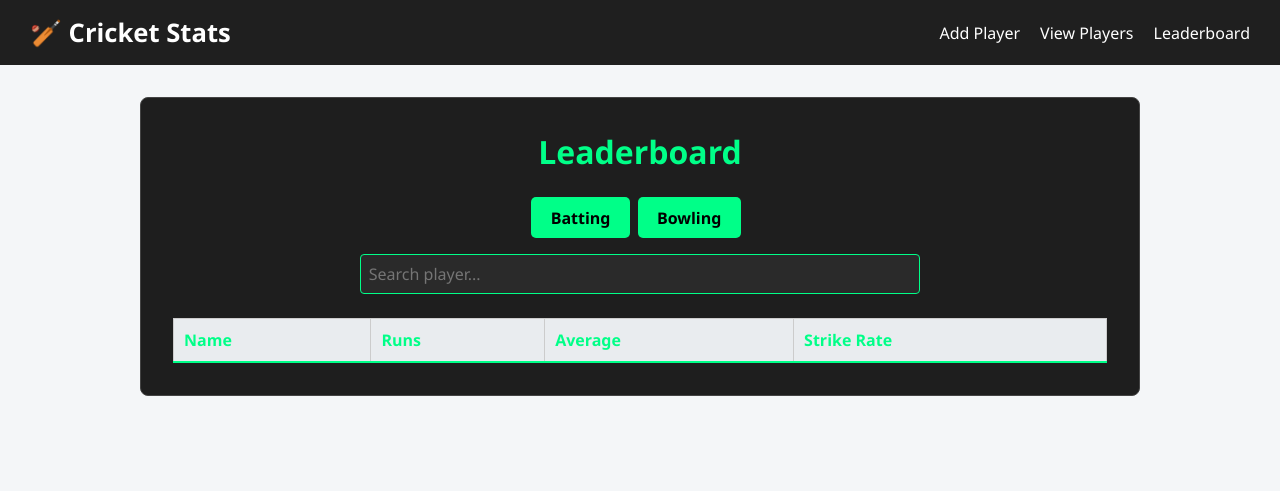
Repository: DanTastic-Dev/HCL
Page: /leaderboard (app in cricket-app/)
An editor plug-in stored every save of this project. The page is shown before and after the next save, followed by the edit.
The browser window is 1280 px wide. The pictures show the whole page.
The page's requests for data from a server got no answer. The project was rebuilt for these pictures with package versions that can differ from the ones it lists, and the page was loaded fresh each time. No one was signed in, and anything a server would have sent is missing. Also part of the build but not shown: cricket-app/src/components/TopPerformers.jsx, cricket-app/src/components/MiniLeaderboards.jsx, cricket-app/src/pages/HomePage.jsx, cricket-app/src/components/PlayerForm.jsx, cricket-app/src/components/PlayerTable.jsx, cricket-app/src/pages/AddPlayerPage.jsx, cricket-app/src/components/PlayerCard.jsx, cricket-app/src/pages/ViewPlayersPage.jsx.

Above is the page before, as saved 2025-06-18 02:00:25.

### cricket-app/public/index.html
<!DOCTYPE html>
<html lang="en">
  <head>
    <meta charset="UTF-8" />
    <meta name="viewport" content="width=device-width, initial-scale=1.0"/>
    <title>Cricket Stats App</title>
  </head>
  <body>
    <div id="root"></div>
  </body>
</html>

### cricket-app/src/index.js
import React from 'react';
import ReactDOM from 'react-dom/client';
import AppWithAnimation from './AppWithAnimation';
import './index.css';

const root = ReactDOM.createRoot(document.getElementById('root'));
root.render(
    <React.StrictMode>
        <AppWithAnimation />
    </React.StrictMode>
);

### cricket-app/src/AppWithAnimation.jsx
import React, { useState } from 'react';
import App from './App';
import IntroAnimation from './components/IntroAnimation';

const AppWithAnimation = () => {
    const [showIntro, setShowIntro] = useState(true);

    return showIntro ? <IntroAnimation onComplete={() => setShowIntro(false)} /> : <App />;
};

export default AppWithAnimation;

### cricket-app/src/index.css
/* index.css */

* {
  margin: 0;
  padding: 0;
  box-sizing: border-box;
  font-family: 'Segoe UI', Tahoma, Geneva, Verdana, sans-serif;
}

body {
  background-color: #f4f6f8;
  color: #333;
}

button {
  cursor: pointer;
  background-color: #007bff;
  border: none;
  color: white;
  padding: 8px 14px;
  border-radius: 4px;
  transition: background-color 0.2s ease;
}

button:hover {
  background-color: #0056b3;
}

input {
  padding: 8px;
  margin: 4px 0;
  border-radius: 4px;
  border: 1px solid #ccc;
  width: 100%;
}

table {
  width: 100%;
  border-collapse: collapse;
}

th, td {
  padding: 12px;
  border: 1px solid #ccc;
  text-align: left;
}

th {
  background-color: #e9ecef;
}

.container {
  max-width: 1200px;
  margin: 0 auto;
  padding: 20px;
}

### cricket-app/src/App.js
// App.jsx
import React from 'react';
import { BrowserRouter as Router, Routes, Route } from 'react-router-dom';
import Navbar from './components/Navbar';
import HomePage from './pages/HomePage';
import AddPlayerPage from './pages/AddPlayerPage';
import ViewPlayersPage from './pages/ViewPlayersPage';
import LeaderboardPage from './pages/LeaderboardPage';

function App() {
  return (
    <Router>
      <div className="min-h-screen bg-gray-100">
        <Navbar />
        <Routes>
          <Route path="/" element={<HomePage />} />
          <Route path="/add-player" element={<AddPlayerPage />} />
          <Route path="/view-players" element={<ViewPlayersPage />} />
          <Route path="/leaderboard" element={<LeaderboardPage />} />
        </Routes>
      </div>
    </Router>
  );
}

export default App;

### cricket-app/src/components/IntroAnimation.jsx
import React, { useEffect, useState } from 'react';

const IntroAnimation = ({ onComplete }) => {
    const [fade, setFade] = useState(false);

    useEffect(() => {
        const timer = setTimeout(() => {
            setFade(true);
            setTimeout(onComplete, 1000); // Wait for fade-out
        }, 2000);

        return () => clearTimeout(timer);
    }, [onComplete]);

    return (
        <div style={{
            position: 'fixed',
            top: 0, left: 0, width: '100%', height: '100%',
            background: '#000', color: '#fff',
            display: 'flex', alignItems: 'center', justifyContent: 'center',
            fontSize: '2em',
            opacity: fade ? 0 : 1,
            transition: 'opacity 1s ease-out',
            zIndex: 9999
        }}>
            Hostel Cricket League 🏏
        </div>
    );
};

export default IntroAnimation;

### cricket-app/src/components/Navbar.jsx
import React from 'react';
import { Link } from 'react-router-dom';
import './Navbar.css';

const Navbar = () => {
    return (
        <nav className="navbar">
            <div className="navbar-logo">
                <Link to="/">🏏 Cricket Stats</Link>
            </div>
            <ul className="navbar-links">
                <li><Link to="/add-player">Add Player</Link></li>
                <li><Link to="/view-players">View Players</Link></li>
                <li><Link to="/leaderboard">Leaderboard</Link></li>
            </ul>
        </nav>
    );
};

export default Navbar;

### cricket-app/src/pages/LeaderboardPage.jsx
import React, { useEffect, useState } from "react";

const LeaderboardPage = () => {
    const [players, setPlayers] = useState([]);
    const [searchQuery, setSearchQuery] = useState("");
    const [showBatting, setShowBatting] = useState(true);

    useEffect(() => {
        const fetchPlayers = async () => {
            try {
                const res = await fetch("http://localhost:5000/players");
                const data = await res.json();
                setPlayers(data);
            } catch (err) {
                console.error("Error fetching players:", err);
            }
        };
        fetchPlayers();
    }, []);

    const filteredPlayers = players
        .filter(p => p.name.toLowerCase().includes(searchQuery.toLowerCase()))
        .sort((a, b) => {
            if (showBatting) return b.runs - a.runs;
            else return b.wickets - a.wickets;
        });

    return (
        <div style={styles.wrapper}>
            <h2 style={styles.heading}>Leaderboard</h2>

            <div style={styles.toggleWrapper}>
                <button
                    onClick={() => setShowBatting(true)}
                    style={styles.toggleButton}
                >
                    Batting
                </button>
                <button
                    onClick={() => setShowBatting(false)}
                    style={styles.toggleButton}
                >
                    Bowling
                </button>
            </div>

            <input
                type="text"
                placeholder="Search player..."
                value={searchQuery}
                onChange={(e) => setSearchQuery(e.target.value)}
                style={styles.searchInput}
            />

            <table style={styles.table}>
                <thead>
                    <tr>
                        <th style={styles.th}>Name</th>
                        {showBatting ? (
                            <>
                                <th style={styles.th}>Runs</th>
                                <th style={styles.th}>Average</th>
                                <th style={styles.th}>Strike Rate</th>
                            </>
                        ) : (
                            <>
                                <th style={styles.th}>Wickets</th>
                                <th style={styles.th}>Economy</th>
                                <th style={styles.th}>Bowling Average</th>
                            </>
                        )}
                    </tr>
                </thead>
                <tbody>
                    {filteredPlayers.map((p) => (
                        <tr key={p._id}>
                            <td style={styles.td}>{p.name}</td>
                            {showBatting ? (
                                <>
                                    <td style={styles.td}>{p.runs}</td>
                                    <td style={styles.td}>
                                        {p.innings > p.notOuts
                                            ? (p.runs / (p.innings - p.notOuts)).toFixed(2)
                                            : "-"}
                                    </td>
                                    <td style={styles.td}>
                                        {p.ballsFaced > 0
                                            ? ((p.runs / p.ballsFaced) * 100).toFixed(2)
                                            : "-"}
                                    </td>
                                </>
                            ) : (
                                <>
                                    <td style={styles.td}>{p.wickets}</td>
                                    <td style={styles.td}>
                                        {p.overs > 0
                                            ? (p.runsGiven / p.overs).toFixed(2)
                                            : "-"}
                                    </td>
                                    <td style={styles.td}>
                                        {p.wickets > 0
                                            ? (p.runsGiven / p.wickets).toFixed(2)
                                            : "-"}
                                    </td>
                                </>
                            )}
                        </tr>
                    ))}
                </tbody>
            </table>
        </div>
    );
};

const styles = {
    wrapper: {
        maxWidth: '1000px',
        margin: '2rem auto',
        padding: '2rem',
        backgroundColor: '#1e1e1e',
        border: '1px solid #444',
        borderRadius: '8px',
        color: 'white',
        fontFamily: 'Arial, sans-serif'
    },
    heading: {
        textAlign: 'center',
        marginBottom: '1.5rem',
        fontSize: '2rem',
        color: '#00FF88'
    },
    toggleWrapper: {
        textAlign: 'center',
        marginBottom: '1rem'
    },
    toggleButton: {
        padding: '0.6rem 1.2rem',
        fontSize: '1rem',
        border: 'none',
        borderRadius: '5px',
        cursor: 'pointer',
        marginRight: '0.5rem',
        backgroundColor: '#00FF88',
        color: 'black',
        fontWeight: 'bold'
    },
    searchInput: {
        display: 'block',
        margin: '0 auto 1.5rem auto',
        padding: '0.5rem',
        fontSize: '1rem',
        width: '60%',
        border: '1px solid #00FF88',
        borderRadius: '4px',
        backgroundColor: '#2a2a2a',
        color: '#00FF88'
    },
    table: {
        width: '100%',
        borderCollapse: 'collapse',
        backgroundColor: '#2a2a2a',
    },
    th: {
        borderBottom: '2px solid #00FF88',
        padding: '10px',
        textAlign: 'left',
        fontWeight: 'bold',
        color: '#00FF88'
    },
    td: {
        borderBottom: '1px solid #444',
        padding: '10px',
        color: 'white'
    }
};

export default LeaderboardPage;

### cricket-app/src/components/Navbar.css
.navbar {
    display: flex;
    justify-content: space-between;
    align-items: center;
    background-color: #1f1f1f;
    padding: 15px 30px;
    color: white;
}

.navbar-logo a {
    text-decoration: none;
    font-size: 1.6rem;
    color: #ffffff;
    font-weight: bold;
}

.navbar-links {
    list-style: none;
    display: flex;
    gap: 20px;
    margin: 0;
}

.navbar-links li a {
    text-decoration: none;
    color: #fff;
    transition: color 0.3s;
}

.navbar-links li a:hover {
    color: #ffd700;
}

After the next save:
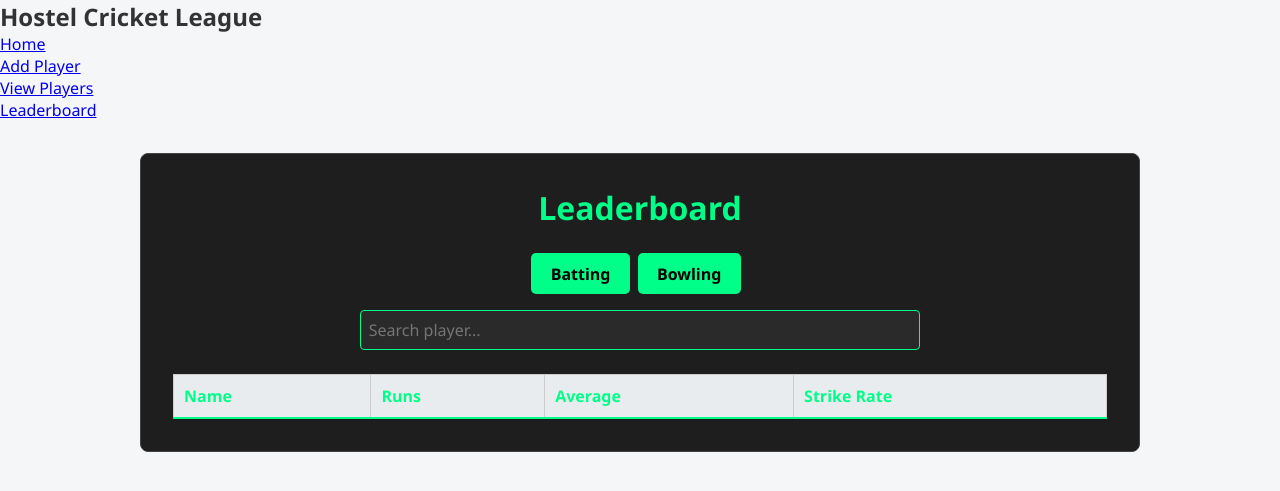
Saved 94 s later.
--- a/cricket-app/src/components/Navbar.jsx
+++ b/cricket-app/src/components/Navbar.jsx
@@ -1,20 +1,34 @@
-import React from 'react';
-import { Link } from 'react-router-dom';
-import './Navbar.css';
+import React from "react";
+import { Link } from "react-router-dom";
 
 const Navbar = () => {
-    return (
-        <nav className="navbar">
-            <div className="navbar-logo">
-                <Link to="/">🏏 Cricket Stats</Link>
-            </div>
-            <ul className="navbar-links">
-                <li><Link to="/add-player">Add Player</Link></li>
-                <li><Link to="/view-players">View Players</Link></li>
-                <li><Link to="/leaderboard">Leaderboard</Link></li>
-            </ul>
-        </nav>
-    );
+  return (
+    <nav className="bg-gray-800 text-white px-6 py-4 flex justify-between items-center shadow-md">
+      <h1 className="text-2xl font-semibold">Hostel Cricket League</h1>
+      <ul className="flex space-x-6">
+        <li>
+          <Link to="/" className="hover:text-yellow-400 transition duration-200">
+            Home
+          </Link>
+        </li>
+        <li>
+          <Link to="/add" className="hover:text-yellow-400 transition duration-200">
+            Add Player
+          </Link>
+        </li>
+        <li>
+          <Link to="/players" className="hover:text-yellow-400 transition duration-200">
+            View Players
+          </Link>
+        </li>
+        <li>
+          <Link to="/leaderboard" className="hover:text-yellow-400 transition duration-200">
+            Leaderboard
+          </Link>
+        </li>
+      </ul>
+    </nav>
+  );
 };
 
 export default Navbar;
